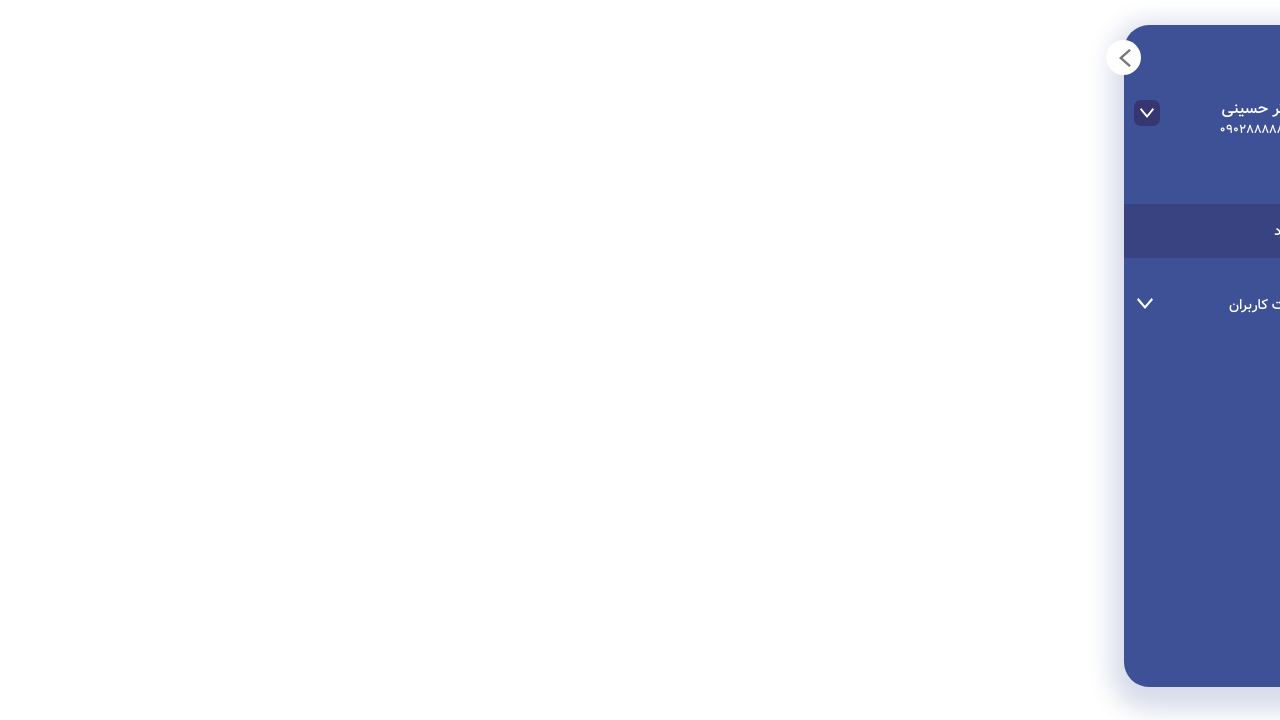
Repository: kosar78/quiz-online
Page: manager-panel-dashbord.html
These files come from the project's save history. The page is drawn as it stood at one moment and after the next save; the edit follows.
The browser window is 1280 px wide. The pictures show the whole page.
After loading, the first visible `div.resize-sidebar` was clicked once.

Above is the page before, as saved 2021-11-09 01:59:28.

### manager-panel-dashbord.html
<!DOCTYPE html>
<html lang="en">
<head>
    <meta charset="UTF-8">
    <meta name="viewport" content="width=device-width, initial-scale=1.0">
    <link rel="stylesheet" href="css/manager-panel.css">
    <link rel="stylesheet" href="bootstrap_files/css/bootstrap.min.css">
    <script type="text/javascript" src="JQuery_file/jQuery.js"></script>
    <script type="text/javascript" src="bootstrap_files/js/bootstrap.min.js"></script>
    <script type="text/javascript" src="js/manager-panel.js"></script>
    <title>پنل مدیر- داشبورد</title>
</head>
<body>
    <div class="container-fluid">
        <div class="row">
            <div class="col-xl-3 sidebar-parent">
                <div class="resize-sidebar">
                    <img class="resize-right show" src="images/right.svg" alt="">
                    <img class="resize-left hide" src="images/left.svg" alt="">
                </div>
                <div class="sidebar">
                    <ul class="user-profile">
                        <li class="user-img">
                            <img src="images/Cute-Kids-Baby-Girl-Toddler-SDL005498623-2-ce2cf.JPEG" alt="">
                        </li>
                        <li class="user-name-phone">
                            <p class="user-name">
                                کوثر حسینی
                            </p>
                            <p class="user-phone">
                                09028888888
                            </p>
                        </li>
                        <li class="manage-profile">
                            <img class="bottom show" src="images/bottom.svg" alt="">
                            <img class="top hide" src="images/top.svg" alt="">
                        </li>
                    </ul>
                    <div class="manage-profile-menubar hide">
                        <div>
                            <ul class="mp-menubar">
                                <li><img src="images/manage-profile-icon.svg" alt="" class="mp-icon"></li>
                                <li class="mp-name">
                                    پروفایل
                                </li>
                            </ul>
                            <ul class="mp-menubar">
                                <li><img src="images/change-pass-icon.svg" alt="" class="mp-icon"></li>
                                <li class="mp-name">
                                    تغییر رمز عبور
                                </li>
                            </ul>
                            <ul class="mp-menubar">
                                <li><img src="images/profile-manage-exit-icon.svg" alt="" class="mp-icon"></li>
                                <li class="mp-name">
                                    خروج
                                </li>
                            </ul>
                        </div>
                    </div>
                    <ul class="sidebar-case active-case dashbord">
                        <div class="v-line"></div>
                        <li class="case-icon">
                            <img src="images/dashbord-icon.svg" alt="">
                        </li>
                        <li class="case-name">
                            داشبورد
                        </li>
                    </ul>
                    <ul class="sidebar-case user-management">
                        <div class="v-line"></div>
                        <li class="case-icon">
                            <img src="images/user-management-icon.svg" alt="">
                        </li>
                        <li class="case-name">
                            مدیریت کاربران
                        </li>

                        <li class="user-mangement-cases-icon">
                            <img id="user-mangement-cases-icon-bottom" class="show" src="images/bottom.svg" alt="">
                            <img id="user-mangement-cases-icon-top" class="hide" src="images/top.svg" alt="">
                        </li>
                    </ul>
                    <div class="user-management-cases hide">
                        <ul class="user-management-case">
                            <li class="umc-icon"><img src="images/teacher-icon-hide.svg" alt=""></li>
                            <li class="umc-name">
                                استاد
                            </li>
                        </ul>
                        <ul class="user-management-case">
                            <li class="umc-icon"><img src="images/student-icon-hide.svg" alt=""></li>
                            <li class="umc-name">
                                دانشجو
                            </li>
                        </ul>
                        <ul class="user-management-case">
                            <li class="umc-icon"><img src="images/course-icon-hide.svg" alt=""></li>
                            <li class="umc-name">
                                درس
                            </li>
                        </ul>
                    </div>
                </div>
            </div>
            <div class="col-xl-9">

            </div>
        </div>
    </div>
</body>
</html>

### css/manager-panel.css
@font-face {
    font-family: FirstFont;
    src:url(../font/Vazir-Medium.woff2) format('woff2');
    src:url(../font/Vazir-Medium-FD-WOL.woff2) format('woff2');
  }
* {
    margin: 0;
    padding: 0;
    user-select: none;
    -moz-user-select: none;
    -khtml-user-select: none;
    -webkit-user-select: none;
    -o-user-select: none;
    text-align: right;
    text-decoration:none;
}
html body {
    direction: rtl;
    font-family:FirstFont;
    text-align: center;

}

ul li{
    display: inline-block;
    list-style: none;
}
.sidebar-parent{
    padding: 25px 30px !important;
    position: relative;
}
.sidebar{
    width: 100%;
    height: 92vh;
    background-color: #3E5196;
    border-radius: 25px;
    box-shadow: 0px 10px 23px 13px rgba(62, 81, 150, 0.2);

}
.resize-sidebar{
    border-radius: 50%;
    width: 35px;
    text-align: center;
    height: 35px;
    position: absolute;
    padding-top: 9px;
    top: 40px;
    background: #fff;
    padding-right: 10px;
    left: 12px;
    cursor: pointer;
}
.resize-sidebar img{
    width: 12px;
}
.user-img img{
    width: 55px;
    height: 55px;
    border-radius: 50%;
}
.user-profile{
    padding-right: 15px;
    padding-top: 60px;

}
.user-name-phone p{
    margin-bottom: 0 !important;
    color: #fff;
}
.user-name-phone{
    position: relative;
    top: 12px;
    right: 10px;
    width: 59%;
}
.user-phone{
    font-size: 12px;
}
.user-name{
    /* width: 140px; */
    height: auto;
}
.manage-profile{
    background-color: #363671;
    padding: 8px 6px;
    border-radius: 7px;
    cursor: pointer;
    position: absolute;
    left: 40px;
    margin-top: 15px;
}
.manage-profile img{
    width: 14px;
}
.sidebar-case{
    padding-right: 25px;
    padding-top: 15px;
    padding-bottom: 15px;
    margin-bottom: 0px !important;
    margin-top: 20px;

}
.dashbord{
    margin-top: 60px;
}
.sidebar-case li{
    cursor: pointer;
}
.active-case .v-line{
    background: #fff;
    width: 8px;
    position: absolute;
    height: 54px;
    top: 0;
    right: 0;
}
.active-case{
    background: rgba(54, 54, 113, 0.5);
    position: relative;
}
.case-name{
    width: 64%;
    color: #fff;
    margin-right: 15px;
    font-size: 14px;
}
.user-management .case-name{
    margin-right: 9px;
}
.user-management-case{
    margin-bottom: 0px !important;
    padding: 10px 0;
}
.user-management-case li{
    cursor: pointer;
}
.user-management-case .umc-icon img{
    width: 25px;
}
.user-management-cases{
    padding-right: 65px;
}
.user-management-case .umc-name{
    font-size: 15px;
    color: rgba(255, 255, 255, 0.8);
    padding-right: 12px;
}
.manage-profile-menubar{
    left: 40px;
    margin-top: -25px;
    position: absolute;
    z-index: 1;
}
.manage-profile-menubar div{

    background-color: #363671;
    border-radius: 10px;
    width: max-content;
    transition: all 0.4s cubic-bezier(0.39, 0.58, 0.57, 1);
}
.manage-profile-menubar .mp-menubar{
    margin-bottom: 0;
    padding: 15px;
}
.manage-profile-menubar .mp-name{
    color: #fff;
    font-size: 13px;
    padding-right: 12px;
    padding-left: 25px;
}
.manage-profile-menubar .mp-menubar li{
    cursor: pointer;
}
.user-mangement-cases-icon{
    position: absolute;
    left: 43px;
    margin-top:5px;
}
.hide{
    display: none;
}
.show{
    display: block;
}

### js/manager-panel.js
$(document).ready(function(){
    $(".manage-profile").click(function(){
        if($(".bottom").hasClass("show")){
            $(".bottom").removeClass("show")
            $(".bottom").addClass("hide")
            $(".top").addClass("show")
            $(".top").removeClass("hide")
            $(".manage-profile-menubar").removeClass("hide")
            $(".manage-profile-menubar").addClass("show")
        }
        else if($(".bottom").hasClass("hide")){
            $(".bottom").removeClass("hide")
            $(".bottom").addClass("show")
            $(".top").addClass("hide")
            $(".top").removeClass("show")
            $(".manage-profile-menubar").removeClass("show")
            $(".manage-profile-menubar").addClass("hide")
        }

    })

    $(".user-management li").click(function(){
        if($("#user-mangement-cases-icon-bottom").hasClass("show")){
            $("#user-mangement-cases-icon-bottom").removeClass("show")
            $("#user-mangement-cases-icon-bottom").addClass("hide")
            $("#user-mangement-cases-icon-top").addClass("show")
            $("#user-mangement-cases-icon-top").removeClass("hide")
            $(".user-management-cases").removeClass("hide")
            $(".user-management-cases").addClass("show")
        }
        else if($("#user-mangement-cases-icon-bottom").hasClass("hide")){
            $("#user-mangement-cases-icon-bottom").removeClass("hide")
            $("#user-mangement-cases-icon-bottom").addClass("show")
            $("#user-mangement-cases-icon-top").addClass("hide")
            $("#user-mangement-cases-icon-top").removeClass("show")
            $(".user-management-cases").removeClass("show")
            $(".user-management-cases").addClass("hide")
        }

    })
    $(".resize-sidebar").click(function(){
        if($(".resize-right").hasClass("show")){
            $(".resize-right").removeClass("show")
            $(".resize-right").addClass("hide")
            $(".resize-left").addClass("show")
            $(".resize-left").removeClass("hide")

        }
        else if($(".resize-right").hasClass("hide")){
            $(".resize-right").removeClass("hide")
            $(".resize-right").addClass("show")
            $(".resize-left").addClass("hide")
            $(".resize-left").removeClass("show")

        }

    })

})

Loaded but not shown: bootstrap_files/css/bootstrap.min.css (library); JQuery_file/jQuery.js (library); bootstrap_files/js/bootstrap.min.js (library)

After the next save:
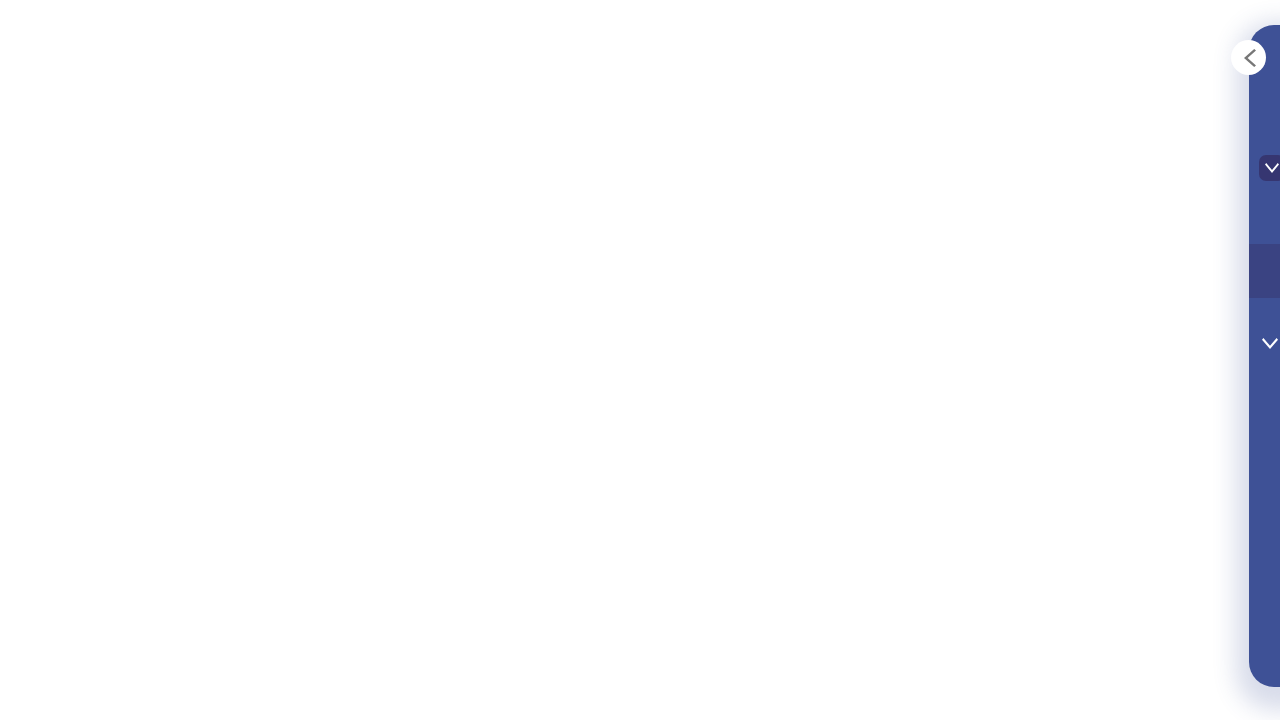
Saved 107 s later.
--- a/js/manager-panel.js
+++ b/js/manager-panel.js
@@ -44,7 +44,7 @@ $(document).ready(function(){
             $(".resize-right").addClass("hide")
             $(".resize-left").addClass("show")
             $(".resize-left").removeClass("hide")
-
+            $(".sidebar-parent").removeClass("col-xl-3")
         }
         else if($(".resize-right").hasClass("hide")){
             $(".resize-right").removeClass("hide")
